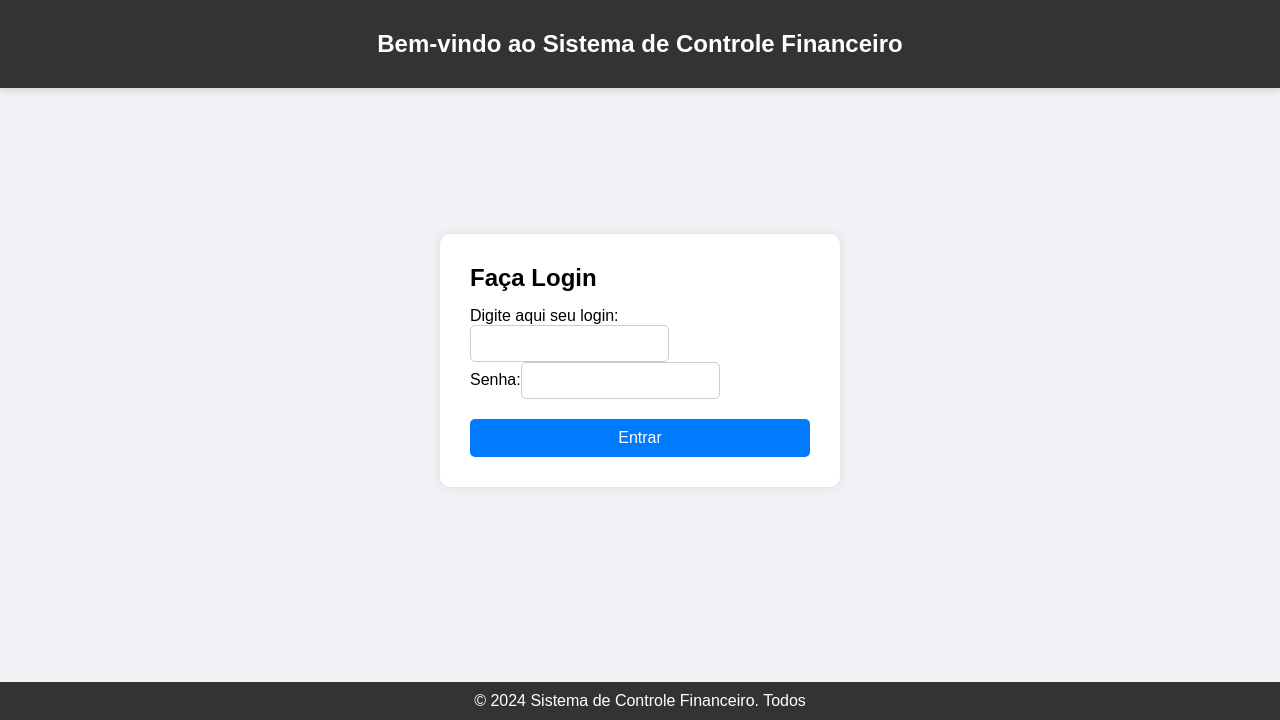
Repository: LucasMontalvao1/ProjetoMaxima
Page: / (app in AngularMaxima/)
These files come from the project's save history. The page is drawn as it stood at one moment and after the next save; the edit follows.
The browser window is 1280 px wide. The pictures show the whole page.
The project was rebuilt for these pictures with package versions that can differ from the ones it lists, and the page was loaded fresh each time. Also part of the build but not shown: AngularMaxima/angular.json, AngularMaxima/src/app/pages/home/home.component.ts.

Above is the page before, as saved 2024-07-14 18:13:50.

After the next save:
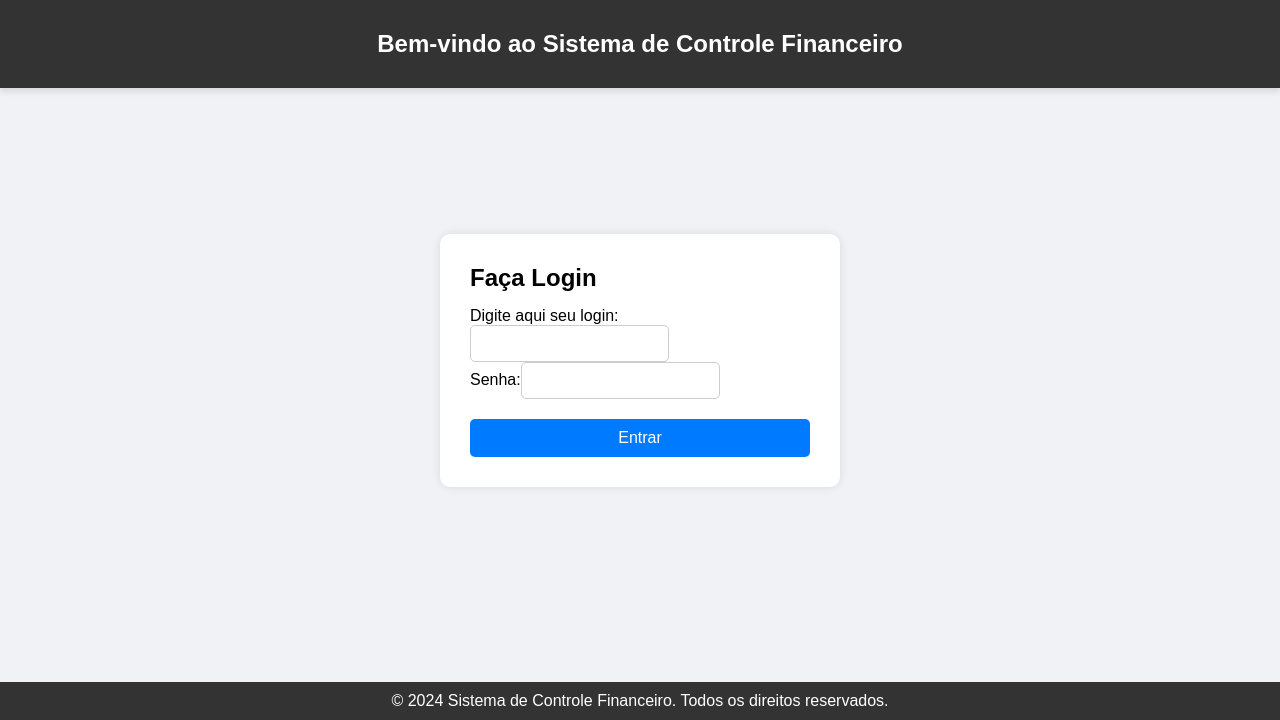
Saved 21 s later.
--- a/AngularMaxima/src/app/pages/login/login.component.html
+++ b/AngularMaxima/src/app/pages/login/login.component.html
@@ -24,4 +24,6 @@
   </div>
 
   <footer class="footer">
-    <p>&copy; 2024 Sistema de Controle Financeiro. Todos
+    <p>&copy; 2024 Sistema de Controle Financeiro. Todos os direitos reservados.</p>
+  </footer>
+</div>
